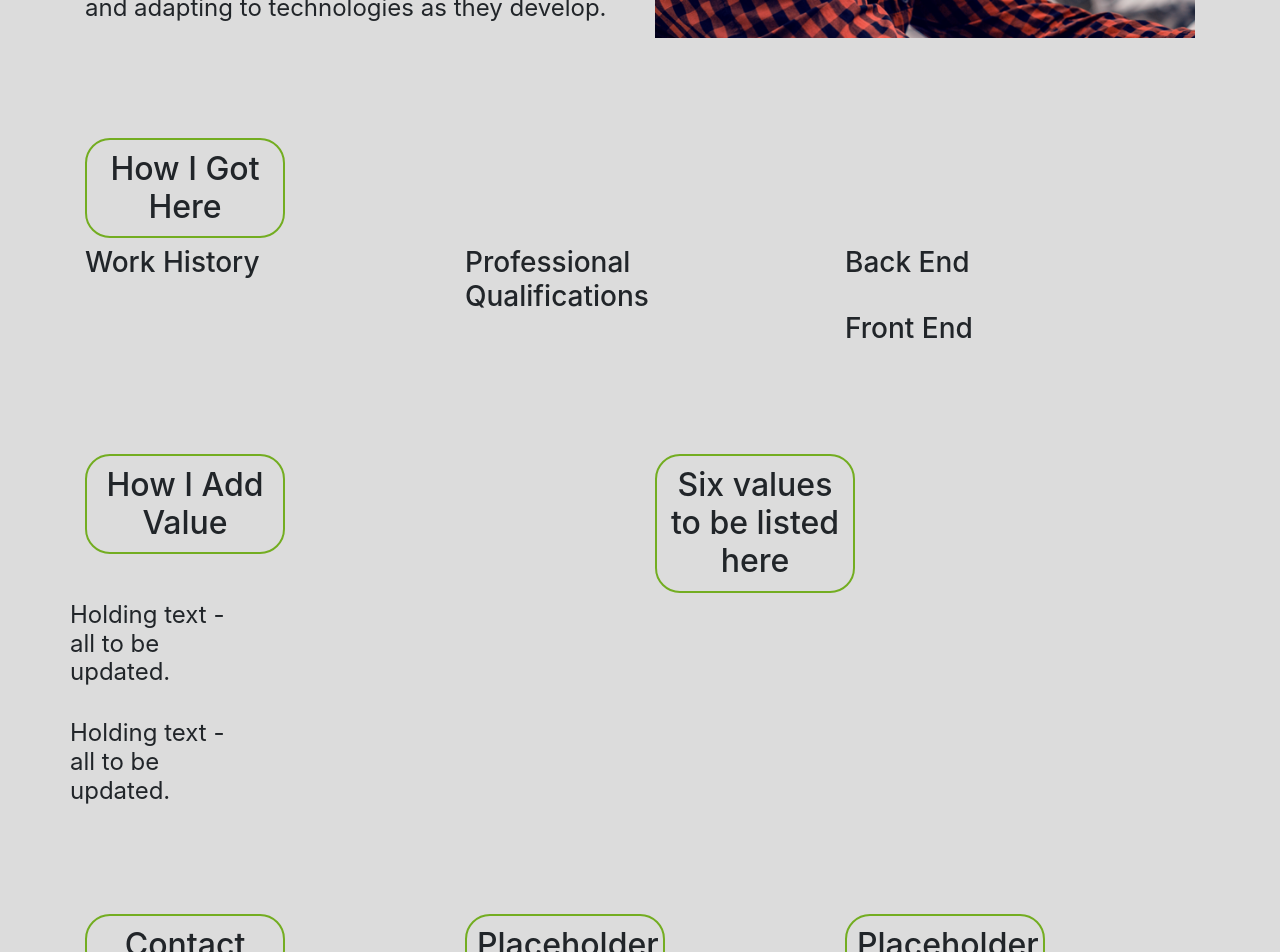
Repository: tenerim/first-milestone
Page: index.html
The author's editor kept a record of every edit. The page is drawn from the files as they stood at one moment, then again after the next edit.
The browser window is 1280 px wide. The pictures show the part of the page from y = 1762 to 2714 px (the page is 2994 px tall before and 3018 px after).
A picture or video elsewhere on the page could not be fetched, so the positions and the page height are approximate.

Above is the page before.

After the next edit:
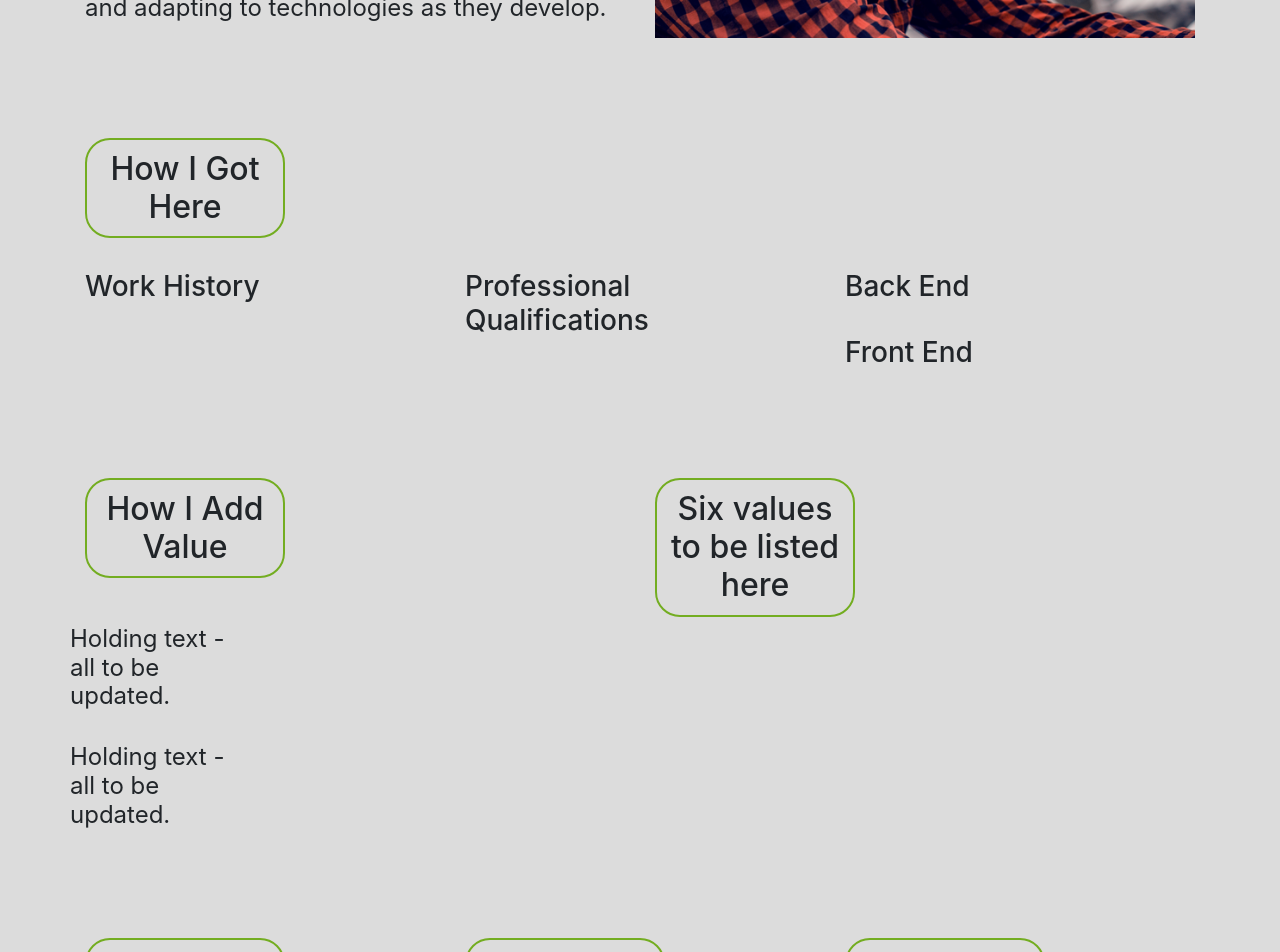
The edit:
--- a/index.html
+++ b/index.html
@@ -96,6 +96,7 @@
             <div class="row">
                 <div class="col-4">
                     <h2 class="headbox">How I Got Here</h2>
+                    <br />
                 </div>
                 <br />
             </div>
